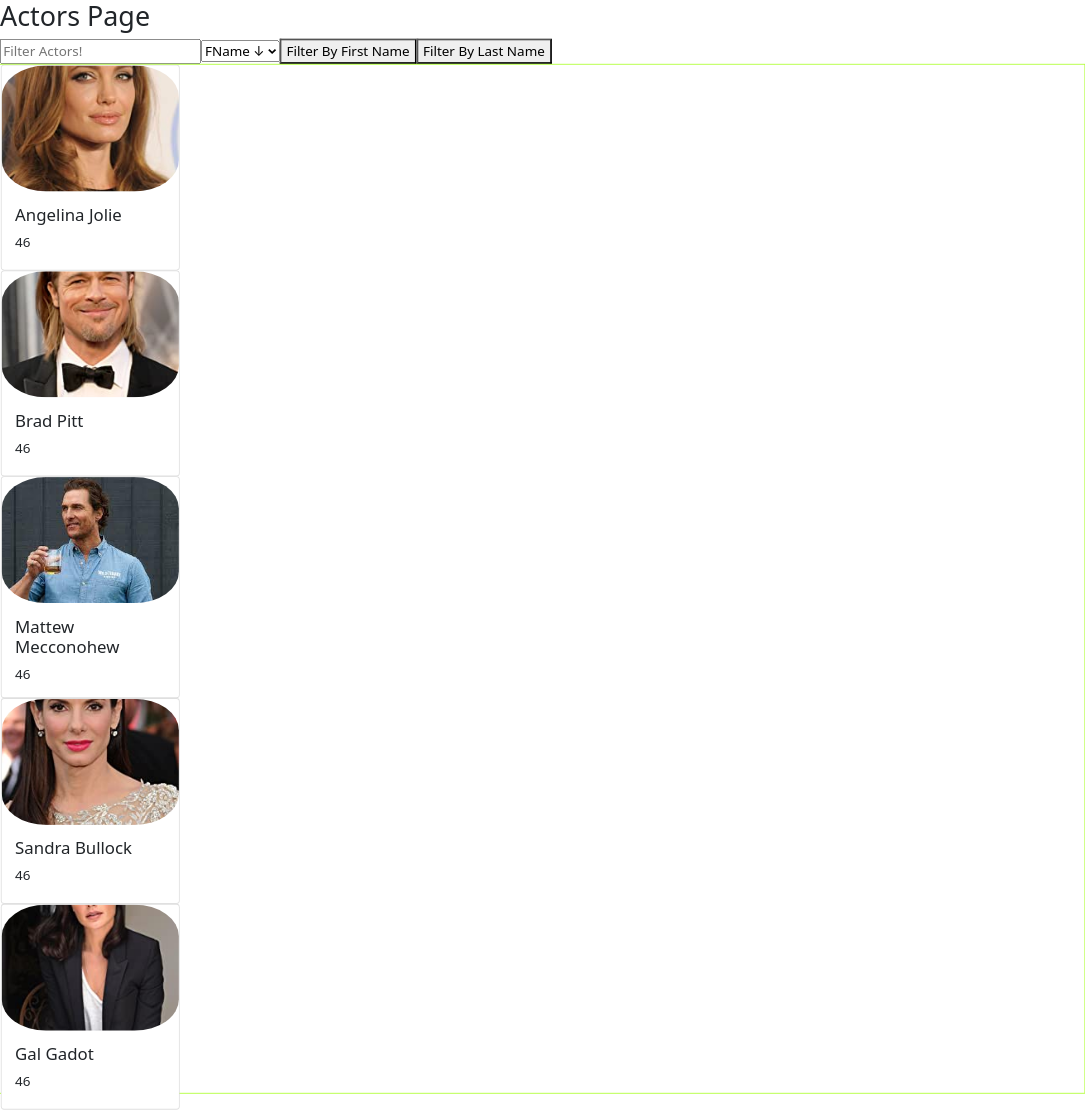
Repository: shuroo/FECourse-react-movieapp
Page: /
An editor plug-in stored every save of this project. The page is shown before and after the next save, followed by the edit.
The browser window is 1280 px wide. The page is 1292 px wide, so the pictures cover 1292 px, including what lies to the right of the window. The pictures show the whole page, at 84% of full size.
The project was rebuilt for these pictures with package versions that can differ from the ones it lists, and the page was loaded fresh each time. Also part of the build but not shown: src/App.css.

Above is the page before, as saved 2021-07-25 11:05:16.

After the next save:
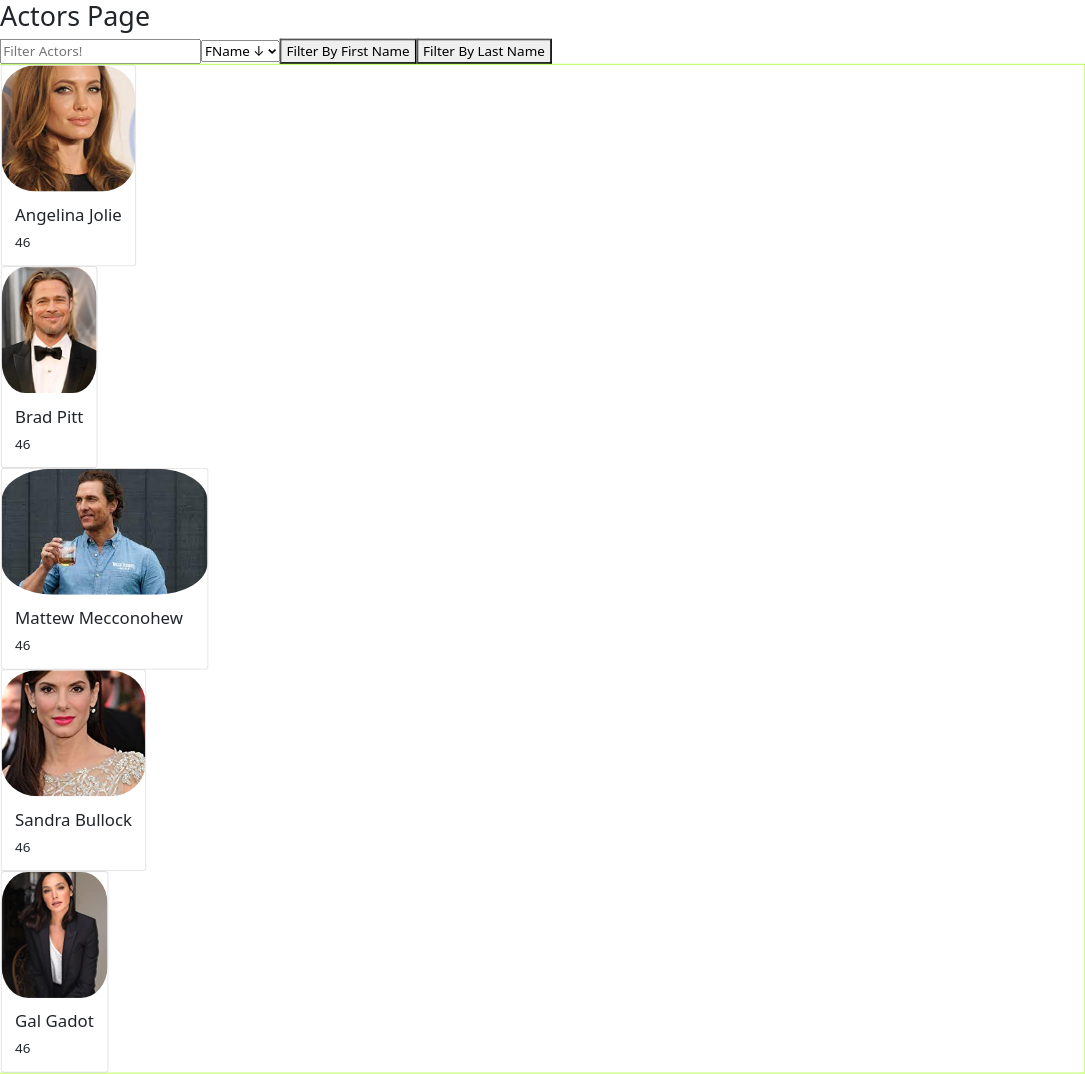
Saved 96 s later.
--- a/src/components/CardComponent.jsx
+++ b/src/components/CardComponent.jsx
@@ -5,7 +5,7 @@
 
 	return (
 
-<div className=" card col col-md-2 col-lg-2 col-sm-2" onClick={(e)=>(window.open(actor.imdbLink, '_blank'))}>
+<div className="card " onClick={(e)=>(window.open(actor.imdbLink, '_blank'))}>
   <img className="actorImg card-img-top" src={actor.image} alt={actor.firstName+" "+actor.lastName}/>
   <div className="card-body">
     <h5 className="card-title">{actor.firstName} {actor.lastName}</h5>

After the save that followed:
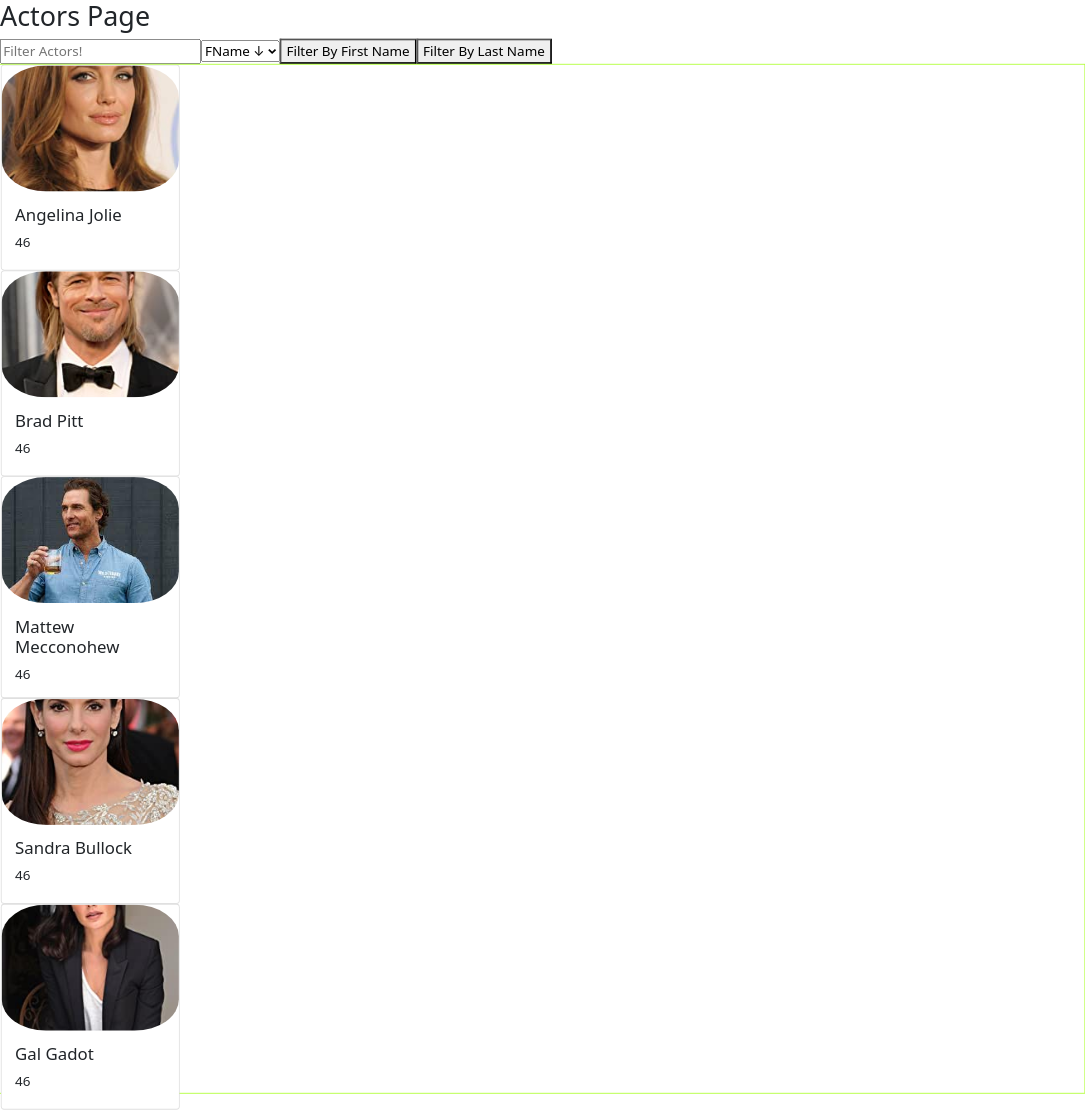
Saved 2 min 7 s later.
--- a/src/components/CardComponent.jsx
+++ b/src/components/CardComponent.jsx
@@ -5,7 +5,7 @@
 
 	return (
 
-<div className="card " onClick={(e)=>(window.open(actor.imdbLink, '_blank'))}>
+<div className="card  col col-md-2 col-lg-2 col-sm-2 " onClick={(e)=>(window.open(actor.imdbLink, '_blank'))}>
   <img className="actorImg card-img-top" src={actor.image} alt={actor.firstName+" "+actor.lastName}/>
   <div className="card-body">
     <h5 className="card-title">{actor.firstName} {actor.lastName}</h5>
